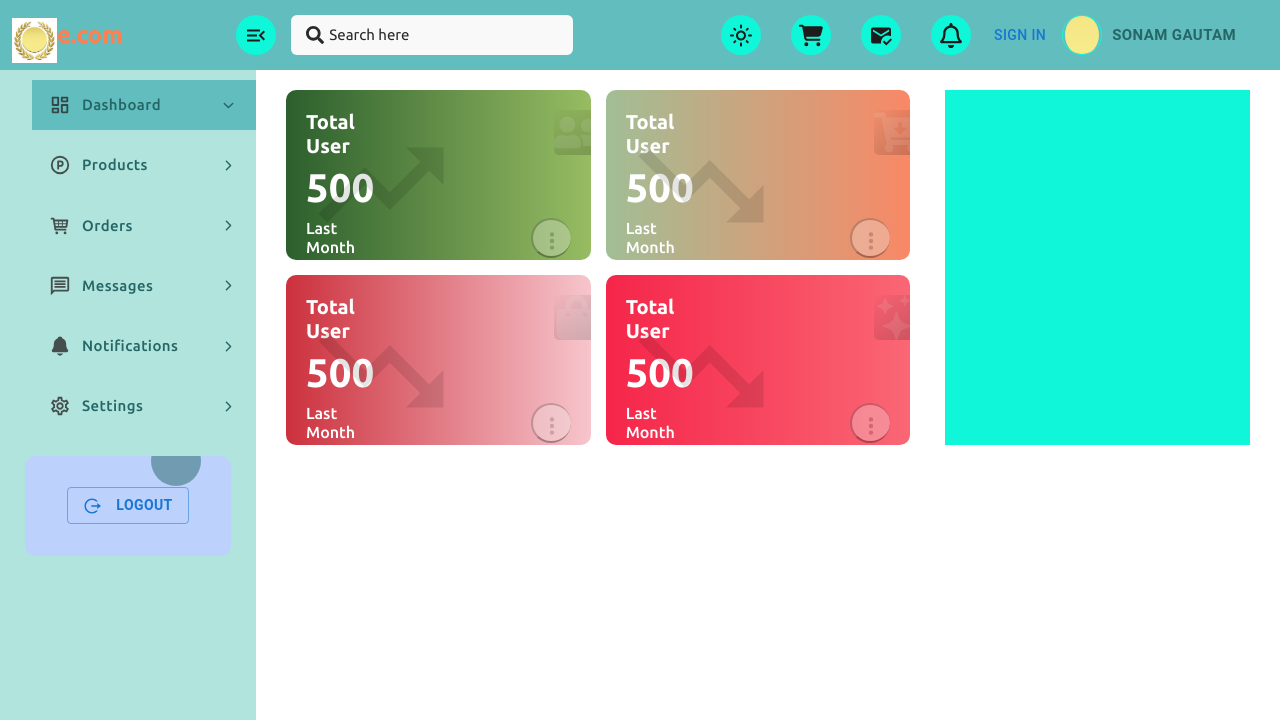
Repository: gautamsonam011/admin-react-dashboard
Page: /
These files come from the project's save history. The page is drawn as it stood at one moment and after the next save; the edit follows.
The browser window is 1280 px wide. The pictures show the whole page.
The project was rebuilt for these pictures with package versions that can differ from the ones it lists, and the page was loaded fresh each time.

Above is the page before, as saved 2025-04-18 22:13:56.

### src/pages/Dashboard/Dashboard.jsx
import DashboardBox from "../../components/DashboardBox";
import { FaUserFriends } from "react-icons/fa";
import { FaCartArrowDown } from "react-icons/fa";
import { FaShoppingBag } from "react-icons/fa";
import { BsStars } from "react-icons/bs";


const Dashboard = () => {
    return (
        <div className="right-content w-100">
            <div className="row dashboardBoxWrapperRow ">
                <div className="col-md-8">
                    <div className="dashboardBoxWrapper d-flex">
                        <DashboardBox color={["#2C5F2D", "#97BC62"]} icon={<FaUserFriends/>} grow={true} />
                        <DashboardBox color={["#A1BE95", "#F98866"]} icon={<FaCartArrowDown/>} />
                        <DashboardBox color={["#CC313D", "#F7C5CC"]} icon={<FaShoppingBag/>} />
                        <DashboardBox color={["#F52549", "#FA6775"]} icon={<BsStars/>} />

                    </div>
                </div>
                <div className="col-md-4 pl-0">
                    <div className="box"></div>
                </div>
            </div>
        </div>
    )
}

export default Dashboard;

### src/components/Header/index.jsx
import React, { useState, useContext } from 'react';
import { Link } from "react-router-dom";
import logo from "../../assests/images/logo.jpg";
import Button from '@mui/material/Button';
import { MdMenuOpen } from "react-icons/md";
import { MdOutlineMenu } from "react-icons/md";
import SearchBox from "../SearchBox";
import { MdOutlineLightMode } from "react-icons/md";
// import { MdDarkMode } from "react-icons/md";
import { FaCartShopping } from "react-icons/fa6";
import { MdMarkEmailRead } from "react-icons/md";
import { FaRegBell } from "react-icons/fa";


import Avatar from '@mui/material/Avatar';
import Menu from '@mui/material/Menu';
import MenuItem from '@mui/material/MenuItem';
import ListItemIcon from '@mui/material/ListItemIcon';
import Divider from '@mui/material/Divider';
import { FaShieldAlt } from "react-icons/fa";
import Settings from '@mui/icons-material/Settings';
import Logout from '@mui/icons-material/Logout';
import { MyContext } from '../../App';

const Header = () => {
    const [anchorEl, setAnchorEl] = useState(null);
    const [anchorElNotification, setAnchorElNotification] = useState(null);

    const open = Boolean(anchorEl);
    const context = useContext(MyContext)

    const handleOpenMyAccountDropdown = (event) => {
        if (anchorEl) {
            setAnchorEl(null);
        } else {
            setAnchorEl(event.currentTarget);
        }
    };

    const handleOpenMyAccountDropdownClose = () => {
        setAnchorEl(null);
    };

    // For Notification dropdown
    const handleOpennotificationsDrop = (event) => {
        setAnchorElNotification(event.currentTarget);
    };

    const handleClosenotificationsDrop = () => {
        setAnchorElNotification(null);
    };

    const [isLogin, setIsLogin] = useState(false);

    return (
        <>
            <header>
                <div className="container-fluid">
                    <div className="row d-flex align-items-center w-100">
                        {/* logo */}
                        <div className="col-sm-2">
                            <Link to="/" className="d-flex align-items-center logo">
                                <img src={logo} alt="logo" />
                                <span className="ml-2">e.com</span>
                            </Link>
                        </div>
                        <div className="col-sm-3 d-flex align-items-center pl-4">
                            <Button className="rounded-circle mr-3" onClick={()=>context.setIsToggleSider(!context.isToggleSider)}>
                            {
                                context.isToggleSider===false ? <MdMenuOpen/> :
                                <MdOutlineMenu/>
                            }
                            </Button>
                            <SearchBox />
                        </div>
                        <div className="col-sm-7 d-flex align-items-center justify-content-end part3">
                            <Button className="rounded-circle mr-3"><MdOutlineLightMode /></Button>
                            <Button className="rounded-circle mr-3"><FaCartShopping /></Button>
                            <Button className="rounded-circle mr-3"><MdMarkEmailRead /></Button>
                            <Button className="rounded-circle mr-3" onClick={handleOpennotificationsDrop}>
                                <FaRegBell />
                            </Button>
                            <Menu
                                anchorEl={anchorElNotification}
                                open={Boolean(anchorElNotification)}
                                onClose={handleClosenotificationsDrop}
                                onClick={handleClosenotificationsDrop}
                                slotProps={{
                                    paper: {
                                        elevation: 0,
                                        sx: {
                                            overflow: 'visible',
                                            filter: 'drop-shadow(0px 2px 8px rgba(0,0,0,0.32))',
                                            mt: 1.5,
                                            '&::before': {
                                                content: '""',
                                                display: 'block',
                                                position: 'absolute',
                                                top: 0,
                                                right: 14,
                                                width: 10,
                                                height: 10,
                                                bgcolor: 'background.paper',
                                                transform: 'translateY(-50%) rotate(45deg)',
                                                zIndex: 0,
                                            },
                                        },
                                    },
                                }}
                                transformOrigin={{ horizontal: 'right', vertical: 'top' }}
                                anchorOrigin={{ horizontal: 'right', vertical: 'bottom' }}
                            >
                                <MenuItem onClick={handleClosenotificationsDrop}>
                                    Orders(12)
                                </MenuItem>
                                <Divider className="mb-2" />
                                <MenuItem onClick={handleClosenotificationsDrop}>
                                    <div className="d-flex align-items-center dropdown-list">

                                        <div className="userImg">
                                        <span className="rounded-circle">
                                            <img src={logo} alt="profile" />
                                        </span>

                                    </div>
                                    <div className='dropdown-info'>
                                        <h4><b>Sona</b> added Leather New Shoes</h4>
                                        <p>Few minutes ago</p>
                                    </div>
                                    </div>

                                </MenuItem>
                                <MenuItem onClick={handleClosenotificationsDrop}>
                                    <div className="d-flex align-items-center dropdown-list">

                                        <div className="userImg">
                                        <span className="rounded-circle">
                                            <img src={logo} alt="profile" />
                                        </span>

                                    </div>
                                    <div className='dropdown-info'>
                                        <h4><b>Sona</b> added Leather New Shoes</h4>
                                        <p>Few minutes ago</p>
                                    </div>
                                    </div>

                                </MenuItem>
                            </Menu>

                            <Button className='btn-blue'>Sign In</Button>

                            <div className="myAccountWrapper">
                                <Button className="myAccount d-flex align-items-center" onClick={handleOpenMyAccountDropdown}>
                                    <div className="userImg">
                                        <span className="rounded-circle">
                                            <img src={logo} alt="profile" />
                                        </span>

                                    </div>
                                    <div className="userInfo">
                                        <h5>Sonam Gautam</h5>
                                    </div>

                                    <Menu
                                        anchorEl={anchorEl}
                                        id="account-menu"
                                        open={open}
                                        onClose={handleOpenMyAccountDropdownClose}
                                        onClick={handleOpenMyAccountDropdownClose}
                                        slotProps={{
                                            paper: {
                                                elevation: 0,
                                                sx: {
                                                    overflow: 'visible',
                                                    filter: 'drop-shadow(0px 2px 8px rgba(0,0,0,0.32))',
                                                    mt: 1.5,
                                                    '& .MuiAvatar-root': {
                                                        width: 32,
                                                        height: 32,
                                                        ml: -0.5,
                                                        mr: 1,
                                                    },
                                                    '&::before': {
                                                        content: '""',
                                                        display: 'block',
                                                        position: 'absolute',
                                                        top: 0,
                                                        right: 14,
                                                        width: 10,
                                                        height: 10,
                                                        bgcolor: 'background.paper',
                                                        transform: 'translateY(-50%) rotate(45deg)',
                                                        zIndex: 0,
                                                    },
                                                },
                                            },
                                        }}
                                        transformOrigin={{ horizontal: 'right', vertical: 'top' }}
                                        anchorOrigin={{ horizontal: 'right', vertical: 'bottom' }}
                                    >
                                        <MenuItem onClick={handleOpenMyAccountDropdownClose}>
                                            <Avatar /> Profile
                                        </MenuItem>
                                        <Divider />
                                        <MenuItem onClick={handleOpenMyAccountDropdownClose}>
                                            <ListItemIcon>
                                                <FaShieldAlt fontSize="small" />
                                            </ListItemIcon>
                                            Reset Password
                                        </MenuItem>
                                        <MenuItem onClick={handleOpenMyAccountDropdownClose}>
                                            <ListItemIcon>
                                                <Settings fontSize="small" />
                                            </ListItemIcon>
                                            Settings
                                        </MenuItem>
                                        <MenuItem onClick={handleOpenMyAccountDropdownClose}>
                                            <ListItemIcon>
                                                <Logout fontSize="small" />
                                            </ListItemIcon>
                                            Logout
                                        </MenuItem>
                                    </Menu>
                                </Button>
                            </div>
                        </div>
                    </div>
                </div>
            </header>
        </>
    )
}

export default Header

### src/components/Sidebar/index.jsx
import Button from '@mui/material/Button';
import { RiDashboardLine } from "react-icons/ri";
import { IoIosArrowForward } from "react-icons/io";
import { TbBrandProducthunt } from "react-icons/tb";
import { TiShoppingCart } from "react-icons/ti";
import { MdOutlineMessage } from "react-icons/md";
import { IoNotifications } from "react-icons/io5";
import { MdOutlineSettings } from "react-icons/md";
import { Link } from 'react-router-dom';
import React, {useContext, useState} from "react";
import { RiLogoutCircleRLine } from "react-icons/ri";
import { MyContext } from '../../App';

const Sidebar = () =>{
    const [activeTab, setActiveTab] = useState(0);
    const [isToggleSubmenu, setIsToggleSubmenu] = useState(false);

    const context = useContext(MyContext);

    const isOpenSubmenu = (index) =>{
        setActiveTab(index);
        setIsToggleSubmenu(!isToggleSubmenu);


    }

    return(
        <div className="sidebar">
            <ul>
                <li>
                    <Link to="/">
                    <Button className={`w-100 ${activeTab === 0 ? 'active' : ''}`} onClick={()=>isOpenSubmenu(0)}>
                        <span className='icon'><RiDashboardLine/></span>
                        Dashboard
                        <span className="arrow"><IoIosArrowForward/></span>
                    </Button>
                    </Link>
                </li>
                <li>
                    <Button className={`w-100 ${activeTab === 1 && isToggleSubmenu===true ?  'active' : ''}`} onClick={()=>isOpenSubmenu(1)}>
                        <span className='icon'><TbBrandProducthunt/></span>
                        Products
                        <span className="arrow"><IoIosArrowForward/></span>
                    </Button>
                    <div className={`submenuWrapper ${activeTab===1 && isToggleSubmenu===true ? 'colapse':'colapsed'}`}>
                    <ul className='submenu'>
                        <li><Link to="#">Product Add</Link></li>
                        <li><Link to="#">Product List</Link></li>
                        <li><Link to="#">Product View</Link></li>
                    </ul>
                    </div>
                </li>
                <li>
                    <Link to="/">
                    <Button className={`w-100 ${activeTab === 2 ? 'active' : ''}`} onClick={()=>isOpenSubmenu(2)}>
                        <span className='icon'><TiShoppingCart/></span>
                        Orders
                        <span className="arrow"><IoIosArrowForward/></span>
                    </Button>
                    </Link>
                </li>
                <li>
                    <Link to="/">
                    <Button className={`w-100 ${activeTab === 3 ? 'active' : ''}`} onClick={()=>isOpenSubmenu(3)}>
                        <span className='icon'><MdOutlineMessage/></span>
                        Messages
                        <span className="arrow"><IoIosArrowForward/></span>
                    </Button>
                    </Link>
                </li>
                <li>
                    <Link to="/">
                    <Button className={`w-100 ${activeTab === 4 ? 'active' : ''}`} onClick={()=>isOpenSubmenu(4)}>
                        <span className='icon'><IoNotifications/></span>
                        Notifications
                        <span className="arrow"><IoIosArrowForward/></span>
                    </Button>
                    </Link>
                </li>
                <li>
                    <Link to="/">
                    <Button className={`w-100 ${activeTab === 5 ? 'active' : ''}`} onClick={()=>isOpenSubmenu(5)}>
                        <span className='icon'><MdOutlineSettings /></span>
                        Settings
                        <span className="arrow"><IoIosArrowForward/></span>
                    </Button>
                    </Link>
                </li>
            </ul>
            <br/>
            <div className="logoutWrapper">
                <div className="logoutBox">
            <Button variant="outlined"> <RiLogoutCircleRLine/>Logout</Button>
            </div>
            </div>
        </div>
    )
}

export default Sidebar

### src/components/DashboardBox.jsx

import { HiDotsVertical } from "react-icons/hi";
import TrendingUpIcon from '@mui/icons-material/TrendingUp';
import TrendingDownIcon from '@mui/icons-material/TrendingDown';

const DashboardBox = (props) => {

    return (
        <div className="dashboardBox" style={{
            backgroundImage: `linear-gradient(to right, ${props.color?.[0]}, ${props.color?.[1]})`
        }}
        >
            {
                props.grow === true ?
                <span className="chart"><TrendingUpIcon/></span>
                :
                <span className="chart"><TrendingDownIcon/></span>
            }
            <div className="d-flex w-100">
                <div className="col1">
                    <h4 className="text-white mb-0">Total User</h4>
                    <span className="text-white">500</span>
                </div>
                <div className="ml-auto">
                    {
                        props.icon ?
                        <span className="icon">
                            {props.icon ? props.icon : ''}
                            </span>
                            :
                            ''
                    }

                </div>

            </div>
            <div className="d-flex align-items-center">
                <h6 className="text-white mb-0 mt-0">Last Month</h6>
                <button className="ml-auto toggleIcon"><HiDotsVertical/></button>
            </div>
        </div>


    )

}

export default DashboardBox;

### src/components/SearchBox.jsx
import { FaSearch } from "react-icons/fa";

const SearchBox = () =>{
    return (
        <div className="searchBox position-relative d-flex align-items-center">
            <FaSearch className="mr-2" />
            <input type="text" placeholder="Search here"  />
        </div>
    )
}

export default SearchBox;

Loaded but not shown: public/index.html (common file); src/index.js (common file); src/reportWebVitals.js (common file); src/App.js (44 lines, source omitted); src/App.css (115 lines, source omitted)

After the next save:
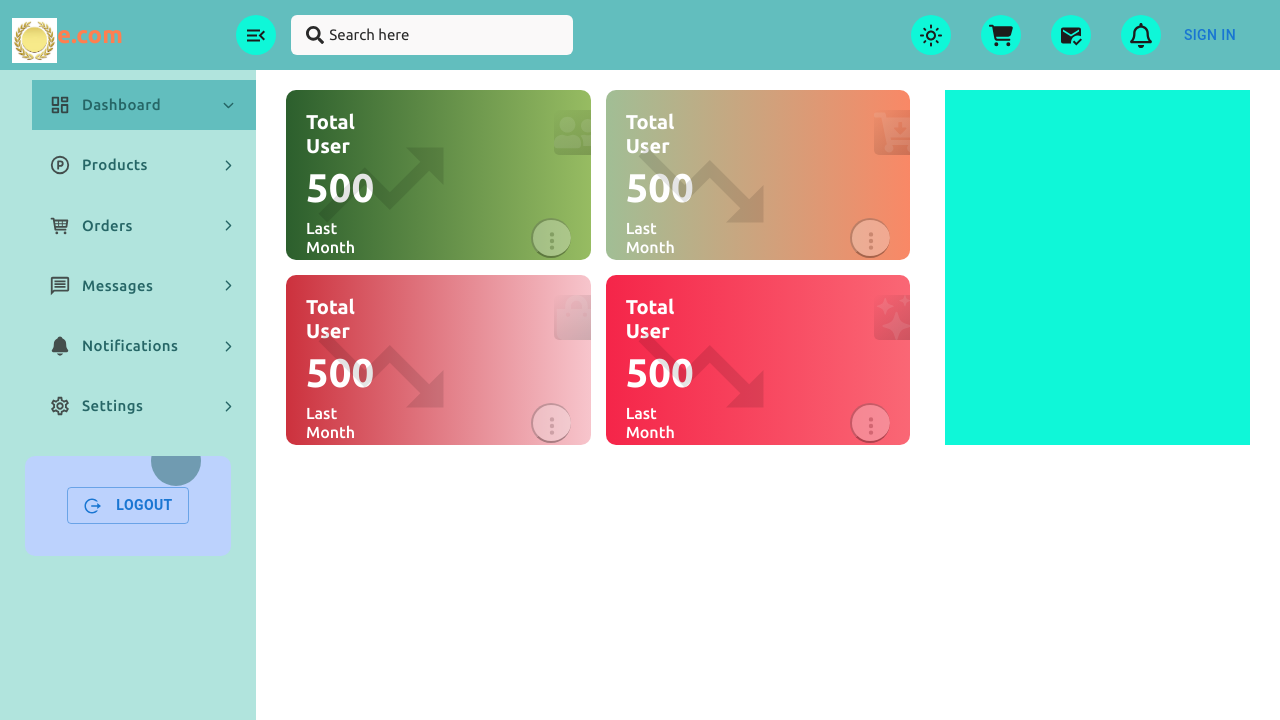
Saved 2 min 18 s later.
--- a/src/components/Header/index.jsx
+++ b/src/components/Header/index.jsx
@@ -148,9 +148,11 @@ const Header = () => {
                                 </MenuItem>
                             </Menu>
 
-                            <Button className='btn-blue'>Sign In</Button>
-
-                            <div className="myAccountWrapper">
+                            {
+                                isLogin !==true ? <Button className='btn-blue'>Sign In</Button>
+                                :
+
+                                <div className="myAccountWrapper">
                                 <Button className="myAccount d-flex align-items-center" onClick={handleOpenMyAccountDropdown}>
                                     <div className="userImg">
                                         <span className="rounded-circle">
@@ -224,6 +226,9 @@ const Header = () => {
                                     </Menu>
                                 </Button>
                             </div>
+
+                            }
+
                         </div>
                     </div>
                 </div>
